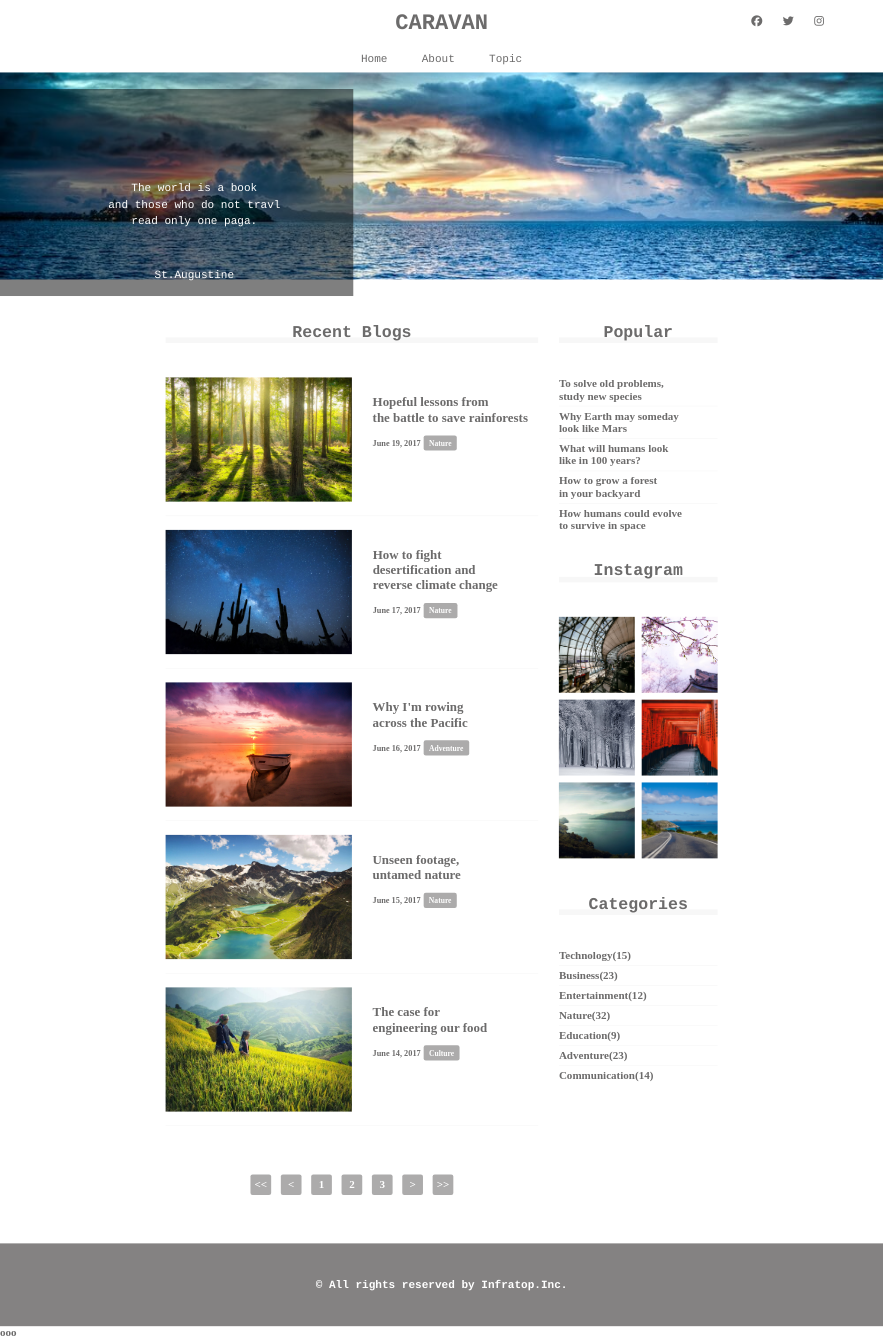
Repository: Yuya0829/HTML
Page: caravan/index.html
The author's editor kept a record of every edit. The page is drawn from the files as they stood at one moment, then again after the next edit.
The browser window is 1280 px wide. The pictures show the whole page, at 69% of full size.
Some web libraries are served in a nearby version.

Above is the page before.

After the next edit:
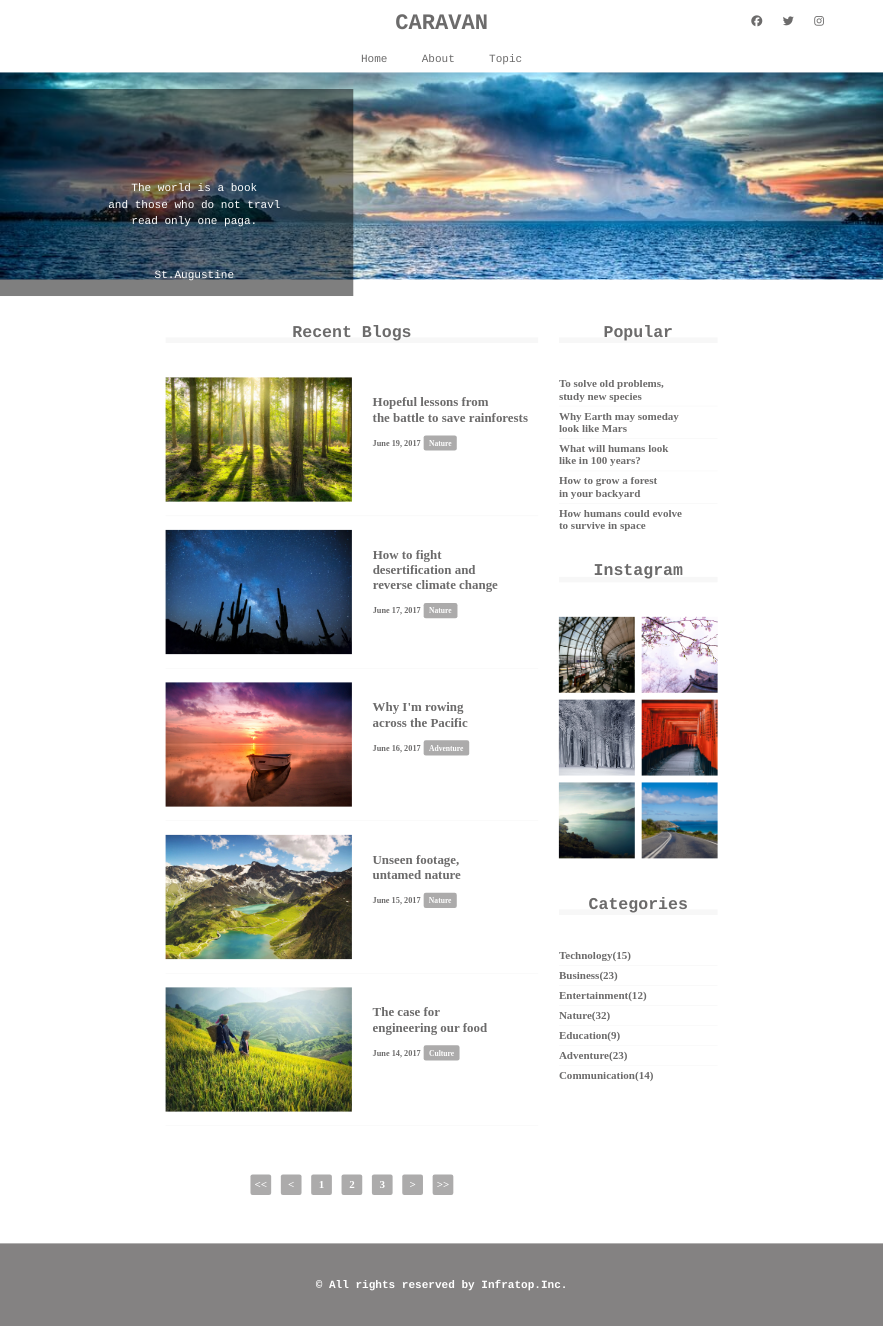
The edit:
--- a/caravan/index.html
+++ b/caravan/index.html
@@ -350,6 +350,6 @@
    </footer>
 
   </body>
-  ooo
+
 
 </html>
